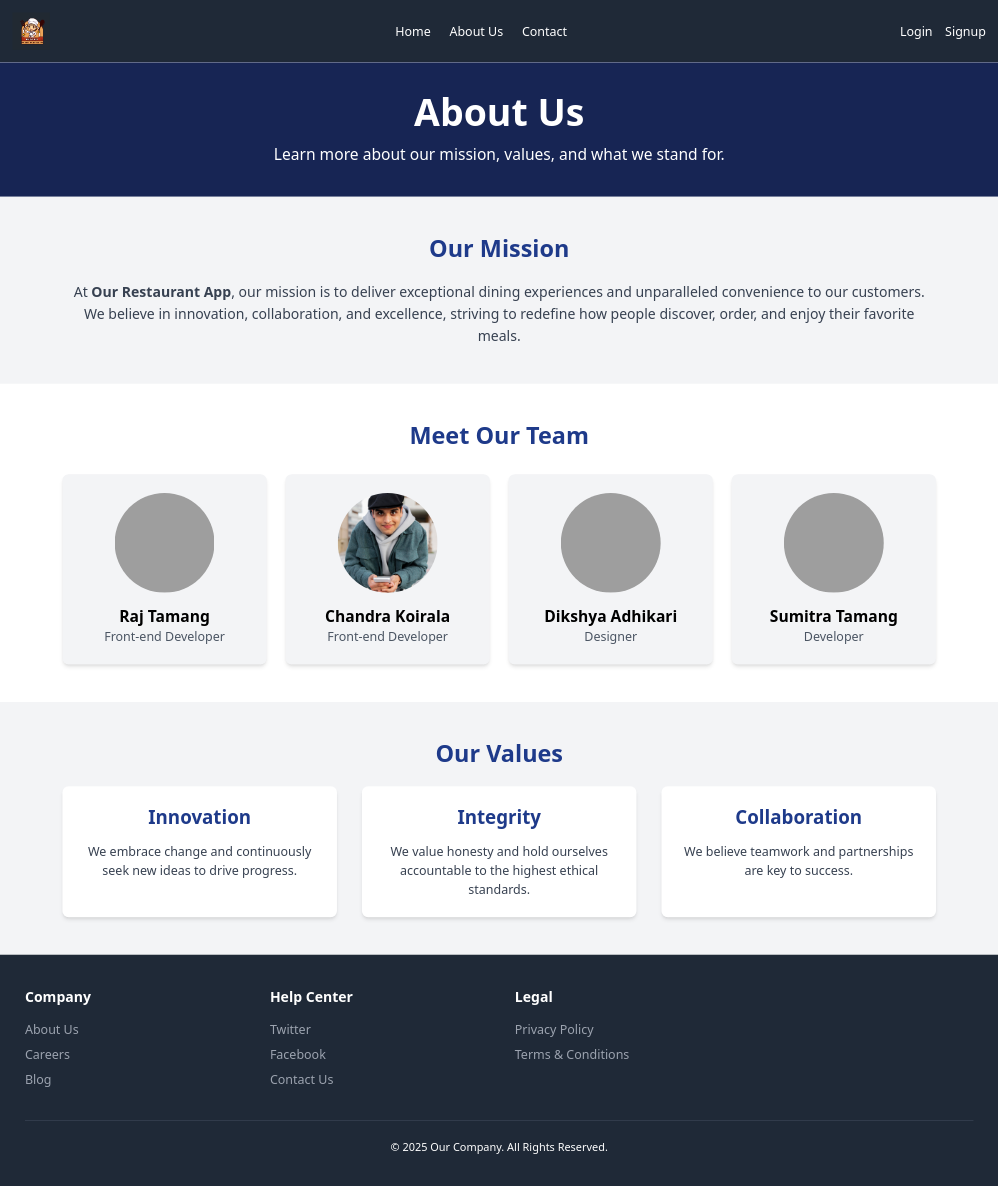
Repository: raj722/Restaurant_Table_Booking
Page: /about
These files come from the project's save history. The page is drawn as it stood at one moment and after a run of saves; the edit follows.
The browser window is 1280 px wide. The pictures show the whole page, at 78% of full size.
Pictures or frames that could not be fetched are drawn as grey boxes. The project was rebuilt for these pictures with package versions that can differ from the ones it lists, and the page was loaded fresh each time. Also part of the build but not shown: vite.config.js, src/pages/BookingPage.jsx, src/pages/ContactPage.jsx, src/Authentication/LoginPage.jsx, src/Authentication/SignupPage.jsx, src/pages/LandingPage.jsx, src/Restaurant/RestaurantDetailsPage.jsx, src/Admin/AdminDashboard.jsx and 7 more.

Above is the page before, as saved 2025-02-12 18:10:41.

### index.html
<!doctype html>
<html lang="en">
  <head>
    <meta charset="UTF-8" />
    <link rel="icon" type="image/svg+xml" href="/images/logo.png" />
    <meta name="viewport" content="width=device-width, initial-scale=1.0" />
    <title>Table Time</title>
    <script src="https://khalti.s3.ap-south-1.amazonaws.com/KPG/dist/2020.12.17.0.0.0/khalti-checkout.iffe.js"></script>
  </head>
  <body>
    <div id="root"></div>
    <script type="module" src="/src/main.jsx"></script>
  </body>
</html>

### src/App.jsx
import React from "react";
import { BrowserRouter as Router, Route, Routes } from "react-router-dom";
import { AuthProvider } from "./Authentication/AuthContext";
import Navbar from "./components/Navbar";
import BookingPage from "./pages/BookingPage";
import AboutPage from "./pages/AboutPage";
import ContactPage from "./pages/ContactPage";
import LoginPage from "./Authentication/LoginPage";
import SignupPage from "./Authentication/SignupPage";
import Footer from "./components/Footer";
import LandingPage from "./pages/LandingPage";
import RestaurantDetailsPage from "./Restaurant/RestaurantDetailsPage";
import AdminDashboard from "./Admin/AdminDashboard";
import RestaurantPage from "./Restaurant/RestaurantPage";
import UpdateTable from "./Restaurant/UpdateTable";
import ProfilePage from "./UserProfile/ProfilePage";
import BookingsManagement from "./Restaurant/BookingsManagement";
import CustomerDetails from "./Restaurant/CustomerDetails";
import RestaurantSignupPage from "./Restaurant/RestaurantSignupPage";
import RestaurantLoginPage from "./Restaurant/RestaurantLoginPage";

function App() {
  return (
    <AuthProvider>
    <Router>
      <Navbar />
      <Routes>
        <Route path="/" element={<LandingPage />} />

        <Route path="/booking" element={<BookingPage />} />
        <Route path="/about" element={<AboutPage />} />
        <Route path="/contact" element={<ContactPage />} />
        <Route path="/login" element={<LoginPage />} />
        <Route path="/signup" element={<SignupPage />} />
        <Route path="/admin" element={<AdminDashboard/>}/>s
        <Route path="/restaurant/:id" element={<RestaurantDetailsPage />} />
        <Route path="/restaurant" element={<RestaurantPage />} />
        <Route path="/restaurant/update-table" element={<UpdateTable />} />
        <Route path="/profile" element={<ProfilePage />} />
        <Route path="/restaurant/bookings-management" element={<BookingsManagement />} />
        <Route path="/restaurant/customer-details/:customerId" element={<CustomerDetails />} />
        <Route path="/restaurant-signup" element={<RestaurantSignupPage />} />
        <Route path="/restaurant-login" element={<RestaurantLoginPage />} />

      </Routes>
      <Footer />
    </Router>
    </AuthProvider>
  );
}

export default App;

### src/Authentication/AuthContext.jsx
import { createContext, useContext, useState, useEffect } from "react";

const AuthContext = createContext();

export const AuthProvider = ({ children }) => {
  const [user, setUser] = useState(null);
  const [role, setRole] = useState(null);
  const [accessToken, setAccessToken] = useState(null);

  useEffect(() => {
    const storedUser = localStorage.getItem("user");
    const storedRole = localStorage.getItem("role");
    const storedToken = localStorage.getItem("access_token");

    if (storedUser && storedRole && storedToken) {
      try {
        setUser(JSON.parse(storedUser));  // Only parse if it's not null or undefined
        setRole(storedRole);
        setAccessToken(storedToken);
      } catch (error) {
        console.error("Error parsing user data:", error);
      }
    }
  }, []);

  const login = (userData, userRole, token) => {
    setUser(userData);
    setRole(userRole);
    setAccessToken(token);

    // Store in localStorage for persistence
    localStorage.setItem("user", JSON.stringify(userData));
    localStorage.setItem("role", userRole);
    localStorage.setItem("access_token", token);
  };

  const logout = () => {
    setUser(null);
    setRole(null);
    setAccessToken(null);

    // Remove from localStorage
    localStorage.removeItem("user");
    localStorage.removeItem("role");
    localStorage.removeItem("access_token");
  };

  return (
    <AuthContext.Provider value={{ user, role, accessToken, login, logout }}>
      {children}
    </AuthContext.Provider>
  );
};

export const useAuth = () => useContext(AuthContext);

### src/components/Navbar.jsx
import React, { useState, useRef, useEffect } from "react";
import { Link } from "react-router-dom";
import { UserCircle, LogOut, Settings } from "lucide-react";
import { useAuth } from "../Authentication/AuthContext";

function Navbar() {
  const { user, role, logout } = useAuth(); // Get user, role, and logout function from context
  const [dropdownOpen, setDropdownOpen] = useState(false);
  const dropdownRef = useRef(null);

  useEffect(() => {
    function handleClickOutside(event) {
      if (dropdownRef.current && !dropdownRef.current.contains(event.target)) {
        setDropdownOpen(false);
      }
    }
    document.addEventListener("mousedown", handleClickOutside);
    return () => {
      document.removeEventListener("mousedown", handleClickOutside);
    };
  }, []);

  const handleLogout = () => {
    logout(); // Log out user
  };

  return (
    <nav className="flex items-center justify-between p-4 text-white bg-gray-800">
      <div className="flex items-center">
        <Link to="/">
          <img
            src="/images/logo.png"
            alt="Logo"
            className="object-contain w-12 h-12 mr-4"
          />
        </Link>
      </div>

      <ul className="flex justify-center flex-grow space-x-6 text-center">
        <li><Link to="/" className="hover:text-gray-300">Home</Link></li>
        <li><Link to="/about" className="hover:text-gray-300">About Us</Link></li>
        <li><Link to="/contact" className="hover:text-gray-300">Contact</Link></li>

        {role === "customer" && (
          <li><Link to="/booking" className="hover:text-gray-300">Booking Table</Link></li>
        )}

        {role === "restaurant" && (
          <li><Link to={`/restaurant/${user?.id}`} className="hover:text-gray-300">Restaurant Page</Link></li>
        )}

        {role === "admin" && (
          <li><Link to="/admin" className="hover:text-gray-300">Admin Dashboard</Link></li>
        )}
      </ul>

      <div className="flex items-center space-x-4">
        {!user ? (
          <>
            {/* Show Login and Signup only if no user is logged in */}
            <Link to="/login" className="hover:text-gray-300">Login</Link>
            <Link to="/signup" className="hover:text-gray-300">Signup</Link>
          </>
        ) : (
          <>
            {/* Show Profile Link for customer */}
            {role === "customer" && (
              <Link to="/profile" className="hover:text-gray-300">Profile</Link>
            )}

            <div className="relative" ref={dropdownRef}>
              <button onClick={() => setDropdownOpen(!dropdownOpen)} className="focus:outline-none">
                <UserCircle className="w-8 h-8 hover:text-gray-300" />
              </button>

              {dropdownOpen && (
                <div className="absolute right-0 w-48 mt-2 bg-white rounded-lg shadow-lg">
                  <Link to="/profile" className="flex items-center p-3 text-gray-800 hover:bg-gray-100">
                    <UserCircle className="w-5 h-5 mr-2" /> Profile
                  </Link>
                  <button className="flex items-center w-full p-3 text-left text-gray-800 hover:bg-gray-100">
                    <Settings className="w-5 h-5 mr-2" /> Settings
                  </button>
                  <button
                    onClick={handleLogout}
                    className="flex items-center w-full p-3 text-left text-red-600 hover:bg-gray-100">
                    <LogOut className="w-5 h-5 mr-2" /> Logout
                  </button>
                </div>
              )}
            </div>
          </>
        )}
      </div>
    </nav>
  );
}

export default Navbar;

### src/pages/AboutPage.jsx
import React from "react";

const AboutUs = () => {
  return (
    <div className="min-h-screen bg-gray-100">
      {/* Header Section */}
      <header className="py-10 text-center text-white bg-blue-950">
        <h1 className="text-4xl font-bold md:text-5xl">About Us</h1>
        <p className="mt-4 text-lg md:text-xl">
          Learn more about our mission, values, and what we stand for.
        </p>
      </header>

      {/* Mission Section */}
      <section className="max-w-6xl px-4 py-12 mx-auto">
        <h2 className="mb-6 text-3xl font-bold text-center text-blue-900">
          Our Mission
        </h2>
        <p className="leading-relaxed text-center text-gray-700 md:text-lg">
  At <span className="font-semibold">Our Restaurant App</span>, our mission is
  to deliver exceptional dining experiences and unparalleled convenience
  to our customers. We believe in innovation, collaboration, and excellence,
  striving to redefine how people discover, order, and enjoy their favorite meals.
</p>

      </section>

      {/* Team Section */}
      <section className="py-12 bg-white">
        <div className="max-w-6xl px-4 mx-auto">
          <h2 className="mb-8 text-3xl font-bold text-center text-blue-900">
            Meet Our Team
          </h2>
          <div className="grid grid-cols-1 gap-6 sm:grid-cols-2 lg:grid-cols-4">
            {[
              {
                name: "Raj Tamang",
                role: "Front-end Developer",
                image: "/images/raj.jpg",
              },
              {
                name: "Chandra  Koirala",
                role: "Front-end Developer",
                image: "/images/chandra.jpg",
              },
              {
                name: "Dikshya Adhikari",
                role: "Designer",
                image: "/images/sumitra.jpg",
              },
              {
                name: "Sumitra Tamang",
                role: "Developer",
                image: "/images/sumitra.jpg",
              },
            ].map((teamMember) => (
              <div
                key={teamMember.name}
                className="flex flex-col items-center p-6 bg-gray-100 rounded-lg shadow-md"
              >
                <img
                  src={teamMember.image}
                  alt={teamMember.name}
                  className="object-cover w-32 h-32 mb-4 rounded-full"
                />
                <h3 className="text-xl font-semibold">{teamMember.name}</h3>
                <p className="text-gray-600">{teamMember.role}</p>
              </div>
            ))}
          </div>
        </div>
      </section>

      {/* Values Section */}
      <section className="max-w-6xl px-4 py-12 mx-auto">
        <h2 className="mb-6 text-3xl font-bold text-center text-blue-900">
          Our Values
        </h2>
        <div className="grid grid-cols-1 gap-8 md:grid-cols-3">
          {[
            {
              title: "Innovation",
              description:
                "We embrace change and continuously seek new ideas to drive progress.",
            },
            {
              title: "Integrity",
              description:
                "We value honesty and hold ourselves accountable to the highest ethical standards.",
            },
            {
              title: "Collaboration",
              description:
                "We believe teamwork and partnerships are key to success.",
            },
          ].map((value) => (
            <div
              key={value.title}
              className="p-6 text-center bg-white rounded-lg shadow-md"
            >
              <h3 className="mb-4 text-2xl font-semibold text-blue-900">
                {value.title}
              </h3>
              <p className="text-gray-700">{value.description}</p>
            </div>
          ))}
        </div>
      </section>
    </div>
  );
};

export default AboutUs;

### src/components/Footer.jsx
import React from "react";
import { Link } from "react-router-dom";

function Footer() {
  return (
    <footer className="py-10 text-white bg-gray-800">
      <div className="px-6 mx-auto max-w-7xl sm:px-8">
        <div className="grid grid-cols-1 gap-10 sm:grid-cols-2 md:grid-cols-3 lg:grid-cols-4">

          {/* Company Section */}
          <div>
            <h4 className="mb-4 text-lg font-semibold">Company</h4>
            <ul className="space-y-2">
              <li>
                <Link to="/about" className="text-gray-400 hover:text-white">
                  About Us
                </Link>
              </li>
              <li>
                <Link to="/careers" className="text-gray-400 hover:text-white">
                  Careers
                </Link>
              </li>
              <li>
                <Link to="/blog" className="text-gray-400 hover:text-white">
                  Blog
                </Link>
              </li>
            </ul>
          </div>

          {/* Help Center Section */}
          <div>
            <h4 className="mb-4 text-lg font-semibold">Help Center</h4>
            <ul className="space-y-2">
              <li>
                <a
                  href="https://twitter.com"
                  className="text-gray-400 hover:text-white"
                  target="_blank"
                  rel="noopener noreferrer"
                >
                  Twitter
                </a>
              </li>
              <li>
                <a
                  href="https://facebook.com"
                  className="text-gray-400 hover:text-white"
                  target="_blank"
                  rel="noopener noreferrer"
                >
                  Facebook
                </a>
              </li>
              <li>
                <Link to="/contact" className="text-gray-400 hover:text-white">
                  Contact Us
                </Link>
              </li>
            </ul>
          </div>

          {/* Legal Section */}
          <div>
            <h4 className="mb-4 text-lg font-semibold">Legal</h4>
            <ul className="space-y-2">
              <li>
                <Link
                  to="/privacy-policy"
                  className="text-gray-400 hover:text-white"
                >
                  Privacy Policy
                </Link>
              </li>
              <li>
                <Link
                  to="/terms-and-conditions"
                  className="text-gray-400 hover:text-white"
                >
                  Terms & Conditions
                </Link>
              </li>
            </ul>
          </div>

        </div>

        <div className="pt-6 mt-10 text-center border-t border-gray-700">
          <p className="text-sm">
            &copy; {new Date().getFullYear()} Our Company. All Rights Reserved.
          </p>
        </div>
      </div>
    </footer>
  );
}

export default Footer;

### tailwind.config.js
// tailwind.config.js

export default {
  content: [
    "./src/**/*.{html,js,jsx}",
  ],
  theme: {
    extend: {
      animation: {
        "slide-up": "slide-up 0.8s ease-out forwards",
      },
      keyframes: {
        "slide-up": {
          "0%": {
            transform: "translateY(50px)",
            opacity: "0",
          },
          "100%": {
            transform: "translateY(0)",
            opacity: "1",
          },
        },
      },
    },
  },
  plugins: [],
};

Loaded but not shown: src/main.jsx (common file); src/index.css (common file)

After the next 2 saves:
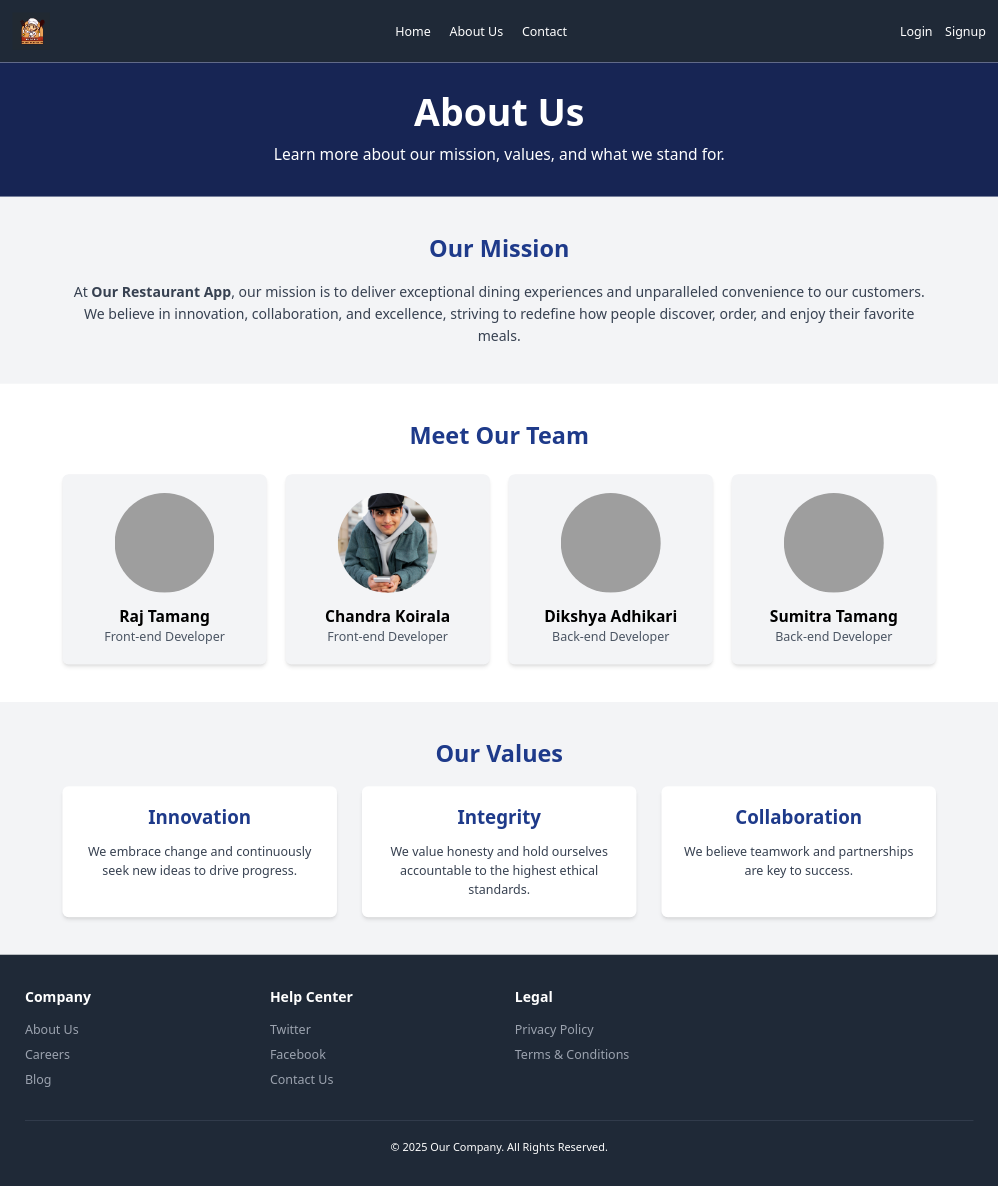
The 2 saves are shown as one change because they came seconds apart.
The last was saved 20 s later.
--- a/src/pages/AboutPage.jsx
+++ b/src/pages/AboutPage.jsx
@@ -45,12 +45,12 @@ const AboutUs = () => {
               },
               {
                 name: "Dikshya Adhikari",
-                role: "Designer",
+                role: "Back-end Developer",
                 image: "/images/sumitra.jpg",
               },
               {
                 name: "Sumitra Tamang",
-                role: "Developer",
+                role: "Back-end Developer",
                 image: "/images/sumitra.jpg",
               },
             ].map((teamMember) => (
